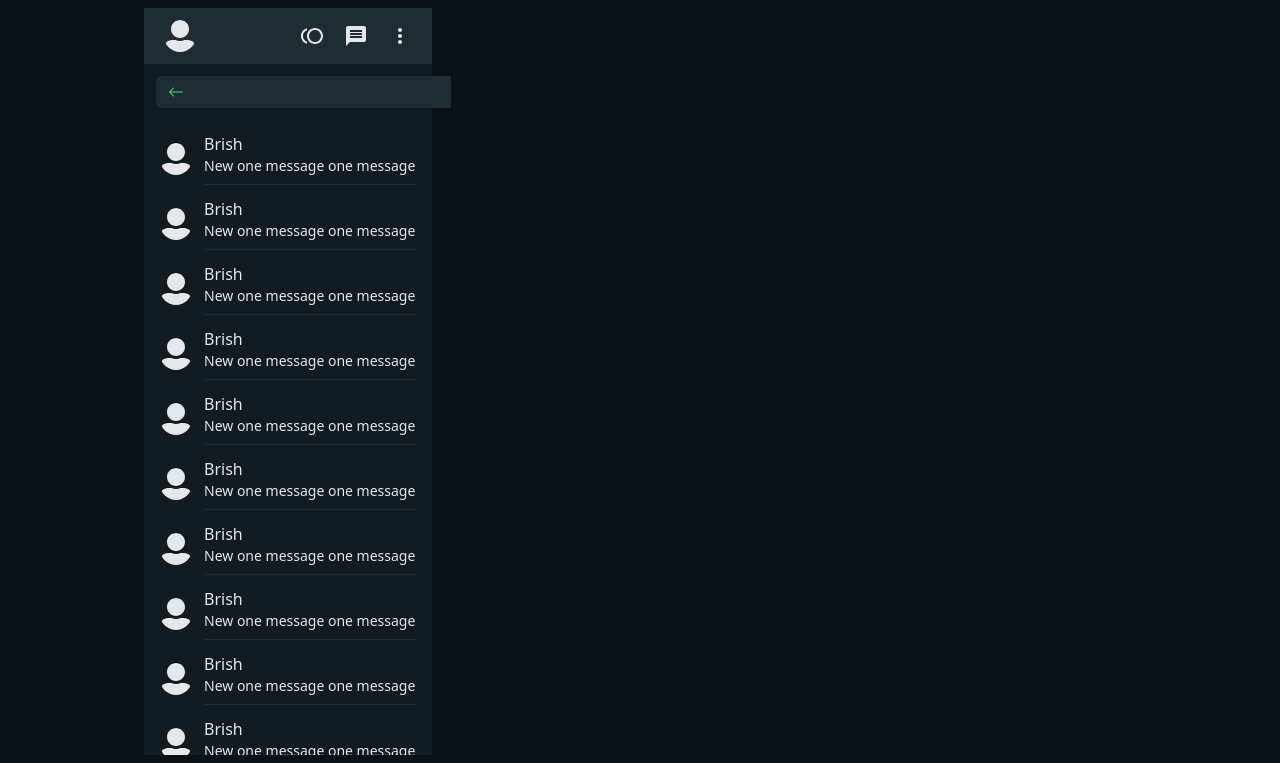
Repository: satya-ranjon/whatsapp-clone-dev
Page: /
An editor plug-in stored every save of this project. The page is shown before and after the next save, followed by the edit.
The browser window is 1280 px wide. The pictures show the whole page.
The project was rebuilt for these pictures with package versions that can differ from the ones it lists, and the page was loaded fresh each time.

Above is the page before, as saved 2022-04-09 07:22:27.

After the next save:
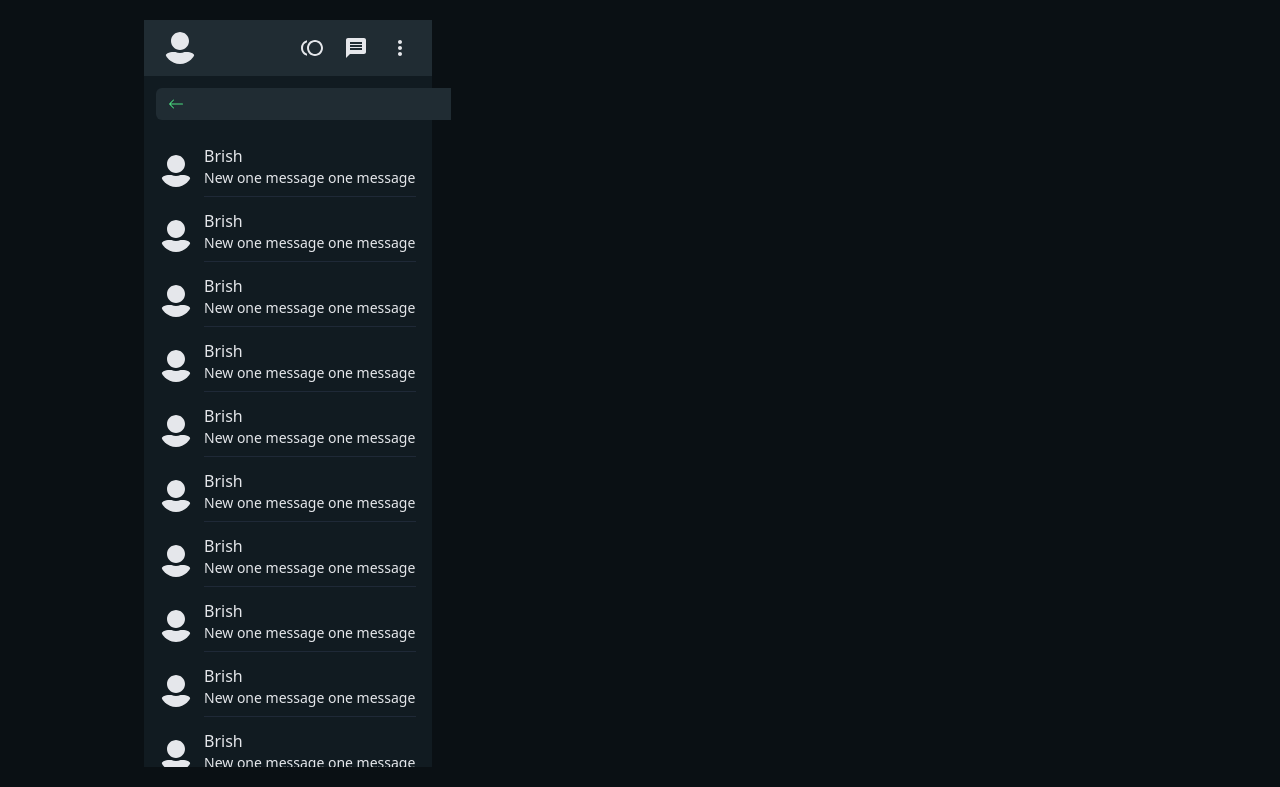
Saved 8 s later.
--- a/src/App.js
+++ b/src/App.js
@@ -2,7 +2,7 @@ import SideBar from "./Components/SideBar";
 
 function App() {
   return (
-    <div className="lg:p-2 lg:px-36 bg-[#0a1014]">
+    <div className="lg:p-5 lg:px-36 bg-[#0a1014]">
       <SideBar />
     </div>
   );
